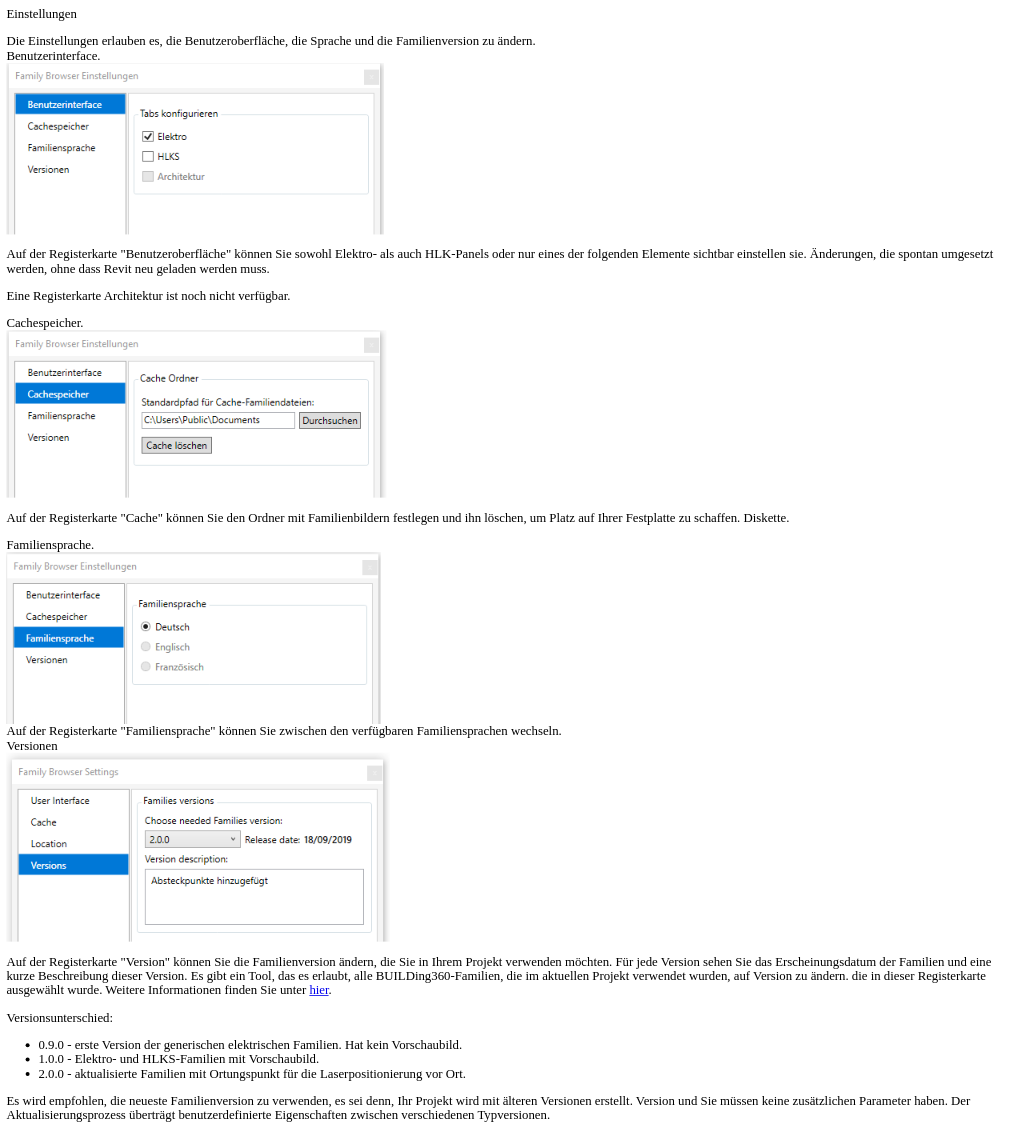
Repository: RomanLavrov/FamilyBrowserUserGuide
Page: http://localhost/FamilyBrowser/application/views/de/settings_view.php
An editor plug-in stored every save of this project. The page is shown before and after the next save, followed by the edit.
The browser window is 1280 px wide. The pictures show the whole page, at 80% of full size.
The page is run by PHP 8.4 with error messages shown; the project is at /var/www/html/.

Above is the page before, as saved 2019-10-24 16:34:19.

### FamilyBrowser/application/views/de/settings_view.php
<div class="article-header">Einstellungen</div>
<div class="article-content" style="margin-bottom:-15px;">
      <p>
            Die Einstellungen erlauben es, die Benutzeroberfläche, die Sprache und die Familienversion zu ändern.
      </p>
</div>

<div class="article-header">Benutzerinterface.</div>
<div class="article-content">
      <div class="row">
            <div class="col-md-5" style="min-width:480px">
                  <img style="margin-left:0" class="illustration" src="/FamilyBrowser/images/Tab_Settings_de.png"
                        alt="" />
            </div>

            <div class="col-md-5">
                  <p>Auf der Registerkarte "Benutzeroberfläche" können Sie sowohl Elektro- als auch HLK-Panels oder nur
                        eines der folgenden Elemente sichtbar einstellen
                        sie.
                        Änderungen, die spontan umgesetzt werden, ohne dass Revit neu geladen werden muss. </p>
                  <p>Eine Registerkarte Architektur ist noch nicht verfügbar.</p>
            </div>
      </div>
</div>

<div class="article-header">Cachespeicher.</div>
<div class="article-content">
      <div class="row">
            <div class="col-md-5" style="min-width:480px">
                  <img style="margin-left:0" class="illustration" src="/FamilyBrowser/images/Tab_Cache_de.png" alt="" />
            </div>
            <div class="col-md-5">
                  <p>
                        Auf der Registerkarte "Cache" können Sie den Ordner mit Familienbildern festlegen und ihn
                        löschen, um Platz auf Ihrer Festplatte zu schaffen.
                        Diskette.
                  </p>
            </div>
      </div>
</div>

<div class="article-header">Familiensprache.</div>
<div class="article-content">
      <div class="row">
            <div class="col-md-5" style="min-width:480px">
                  <img style="margin-left:0" class="illustration" src="/FamilyBrowser/images/Tab_Language_de.png"
                        alt="" />
            </div>
            <div class="col-md-5">
                  Auf der Registerkarte "Familiensprache" können Sie zwischen den verfügbaren Familiensprachen wechseln.
            </div>
      </div>
</div>

<div class="article-header">Versionen</div>
<div class="article-content">
      <div class="row">
            <div class="col-md-5" style="min-width:480px">
                  <img style="margin-left:0" class="illustration" src="/FamilyBrowser/images/Tab_Version_en.png"
                        alt="" />
            </div>
            <div class="col-md-5">
                  <p>
                        Auf der Registerkarte "Version" können Sie die Familienversion ändern, die Sie in Ihrem Projekt
                        verwenden möchten.
                        Für jede Version sehen Sie das Erscheinungsdatum der Familien und eine kurze Beschreibung dieser
                        Version.
                        Es gibt ein Tool, das es erlaubt, alle BUILDing360-Familien, die im aktuellen Projekt verwendet
                        wurden, auf Version zu ändern.
                        die in dieser Registerkarte ausgewählt wurde. Weitere Informationen finden Sie unter <a
                              href="/FamilyBrowser/en/Update">hier</a>.</p>
                  <p>
                        Versionsunterschied:
                  </p>
                  <ul>
                        <li>0.9.0 - erste Version der generischen elektrischen Familien. Hat kein Vorschaubild.</li>
                        <li>1.0.0 - Elektro- und HLKS-Familien mit Vorschaubild.</li>
                        <li>2.0.0 - aktualisierte Familien mit Ortungspunkt für die Laserpositionierung vor Ort.</li>
                  </ul>
                  <p>
                        Es wird empfohlen, die neueste Familienversion zu verwenden, es sei denn, Ihr Projekt wird mit
                        älteren Versionen erstellt.
                        Version und Sie müssen keine zusätzlichen Parameter haben. Der Aktualisierungsprozess überträgt
                        benutzerdefinierte Eigenschaften
                        zwischen verschiedenen Typversionen.
                  </p>
            </div>
      </div>
</div>

After the next save:
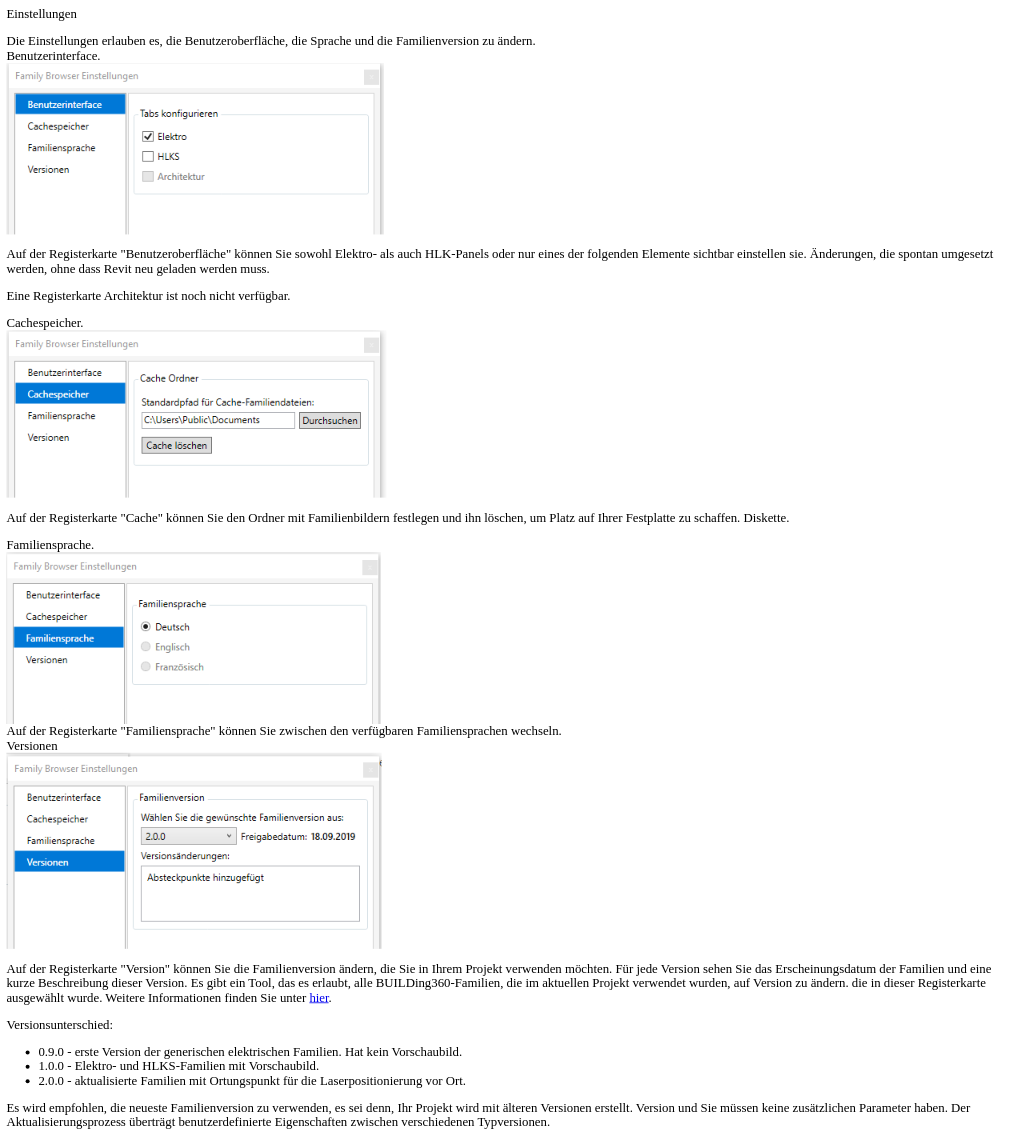
Saved 7 s later.
--- a/FamilyBrowser/application/views/de/settings_view.php
+++ b/FamilyBrowser/application/views/de/settings_view.php
@@ -56,7 +56,7 @@
 <div class="article-content">
       <div class="row">
             <div class="col-md-5" style="min-width:480px">
-                  <img style="margin-left:0" class="illustration" src="/FamilyBrowser/images/Tab_Version_en.png"
+                  <img style="margin-left:0" class="illustration" src="/FamilyBrowser/images/Tab_Version_de.png"
                         alt="" />
             </div>
             <div class="col-md-5">
